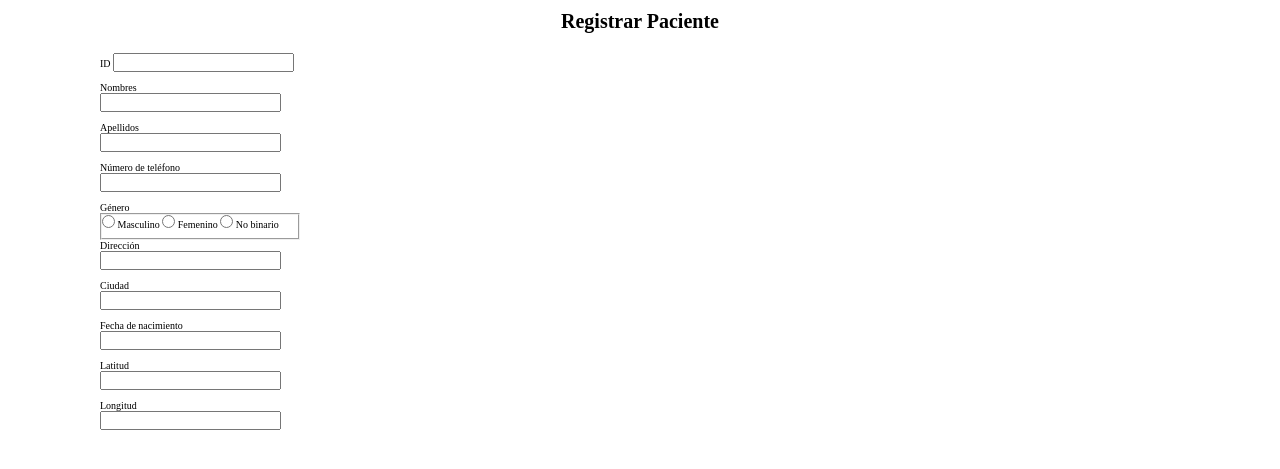
Repository: alexvl06/HospiEnCasa
Page: HospiEnCasa.App/HospiEnCasa.App.Frontend/pacientForm.html
The author's editor kept a copy of each file at every save. The page is drawn from the files as they stood at one save, then again after the next save.
The browser window is 1280 px wide. The pictures show the whole page.

Above is the page before, as saved 2022-07-05 16:50:21.

### HospiEnCasa.App/HospiEnCasa.App.Frontend/pacientForm.html
<!DOCTYPE html>
<html lang="es">
  <head>
    <meta charset="UTF-8" />
    <meta http-equiv="X-UA-Compatible" content="IE=edge" />
    <meta
      name="viewport"
      content="width=device-width
    , initial-scale=1.0"
    />
    <title>Formulario pacientes</title>
    <link rel="stylesheet" href="style.css" />
  </head>
  <body>
    <header>
      <h1>Registrar Paciente</h1>
    </header>
    <main>
      <form action="">
        <label for="id">
          <span>ID</span>
          <input type="text" name="id" id="id" required />
        </label>
        <label for="firstname">
          <span>Nombres</span>
          <input
            type="text"
            name="firstname"
            id="firstname"
            requiredphonenumber
          />
        </label>
        <label for="lastname">
          <span>Apellidos</span>
          <input type="text" name="lastname" id="lastname" required />
        </label>
        <label for="phonenumber">
          <span>Número de teléfono</span>
          <input type="text" name="phonenumber" id="phonenumber" required />
        </label>
        <label for="genre">
          <span>Género</span>
          <fieldset>
            <label for="male">
              <input type="radio" name="male" id="male" />
              <span>Masculino</span>
            </label>
            <label for="male">
              <input type="radio" name="female" id="female" />
              <span>Femenino</span>
            </label>
            <label for="male">
              <input type="radio" name="other" id="other" />
              <span>No binario</span>
            </label>
          </fieldset>
        </label>
        <label for="address">
          <span>Dirección</span>
          <input type="text" name="address" id="address" required />
        </label>
        <label for="city">
          <span>Ciudad</span>
          <input type="text" name="city" id="city" required />
        </label>
        <label for="birthdate">
          <span>Fecha de nacimiento</span>
          <input type="text" name="birthdate" id="birthdate" required />
        </label>
        <label for="lat">
          <span>Latitud</span>
          <input type="text" name="lat" id="lat" />
        </label>
        <label for="long">
          <span>Longitud</span>
          <input type="text" name="long" id="long" />
        </label>
      </form>
    </main>
  </body>
</html>

### HospiEnCasa.App/HospiEnCasa.App.Frontend/style.css
*{
  box-sizing: border-box;
  margin:0;
  padding: 0;
}

html{
  font-size: 62.5%;
}

h1{
  display:flex;
  justify-content: center;
  margin: 1rem;
}

form{
  display: flex;
  flex-direction: column;
  flex-wrap: wrap;
  width: 20rem;
  margin: 2rem 10rem;

}

form label input{
  margin-bottom: 1rem;
}

After the next save:
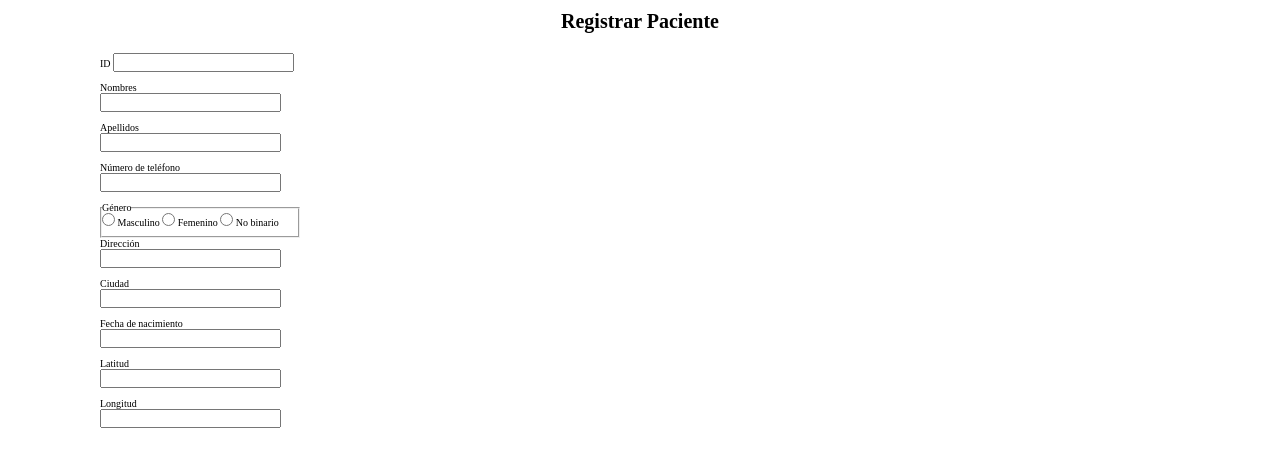
Saved 40 s later.
--- a/HospiEnCasa.App/HospiEnCasa.App.Frontend/pacientForm.html
+++ b/HospiEnCasa.App/HospiEnCasa.App.Frontend/pacientForm.html
@@ -39,8 +39,9 @@
           <input type="text" name="phonenumber" id="phonenumber" required />
         </label>
         <label for="genre">
-          <span>Género</span>
+
           <fieldset>
+            <legend>Género</legend>
             <label for="male">
               <input type="radio" name="male" id="male" />
               <span>Masculino</span>
